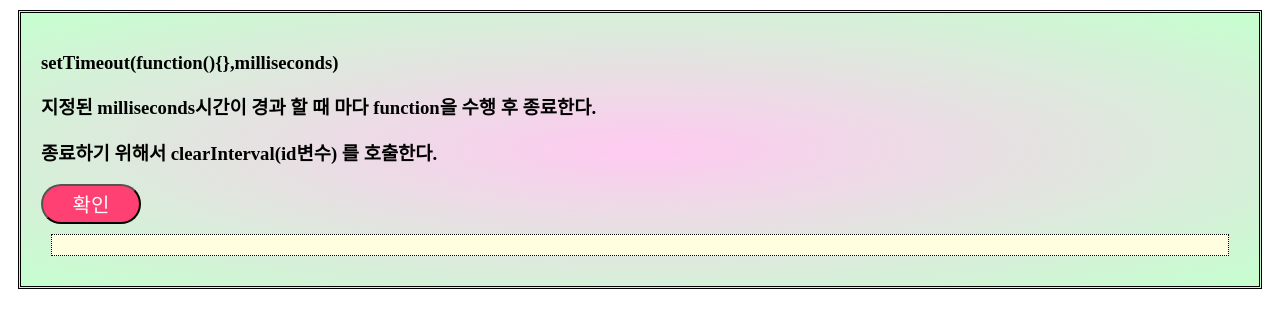
Repository: choidazzi/DDIT
Page: web programming/html/webpro/src/main/webapp/0511/setTimeout_interval.html
These files come from the project's save history. The page is drawn as it stood at one moment and after the next save; the edit follows.
The browser window is 1280 px wide. The pictures show the whole page.

Above is the page before, as saved 2023-05-11 02:22:59.

After the next save:
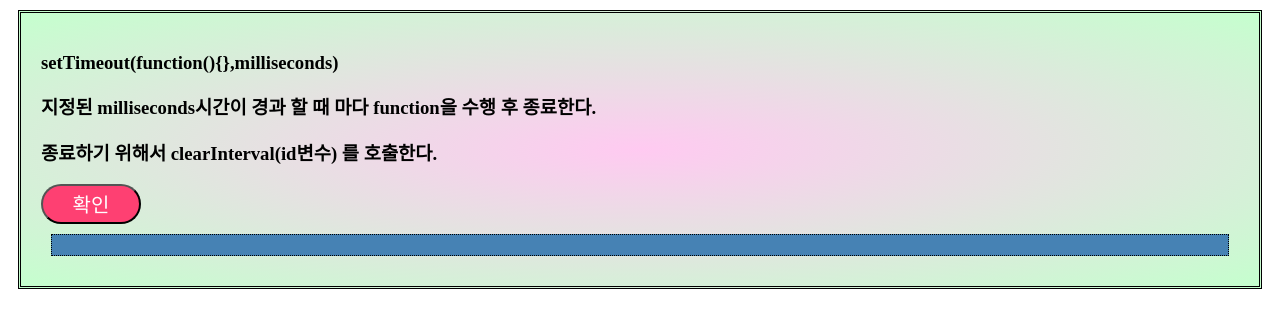
Saved 36 s later.
--- a/web programming/html/webpro/src/main/webapp/0511/setTimeout_interval.html
+++ b/web programming/html/webpro/src/main/webapp/0511/setTimeout_interval.html
@@ -18,7 +18,7 @@
 
 <style>
 	#result1 {
-		background-color : lightyellow;
+		background-color : steelblue;
 	}
 </style>
 </head>
